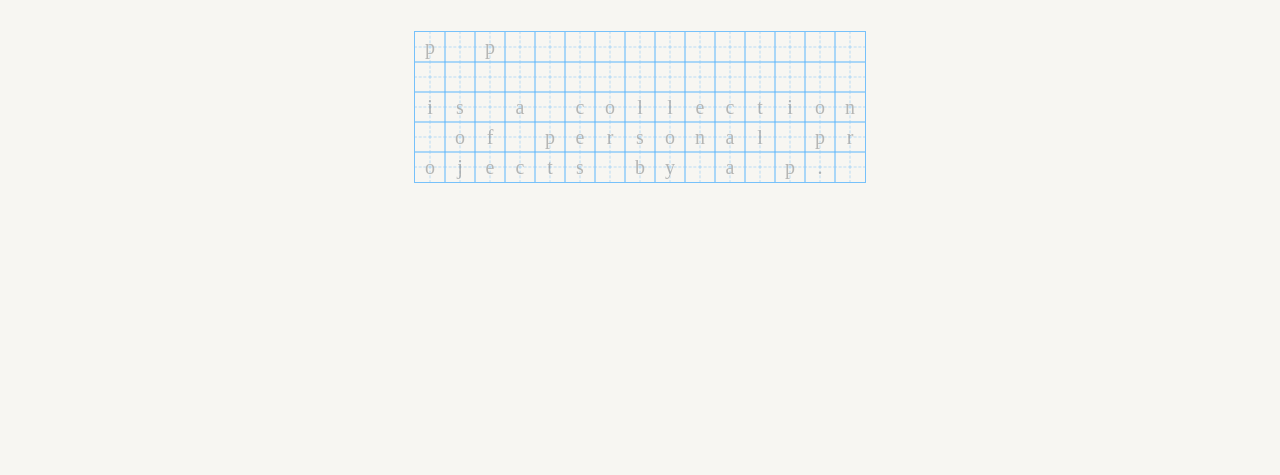
Repository: pyrcl090/p-p
Page: index.html
These files come from the project's save history. The page is drawn as it stood at one moment and after a run of saves; the edit follows.
The browser window is 1280 px wide. The pictures show the whole page.
The page's requests for data from a server got no answer. Some web fonts or font styles are not loaded; a fallback is used.

Above is the page before, as saved 2025-04-20 13:48:52.

After the next 2 saves:
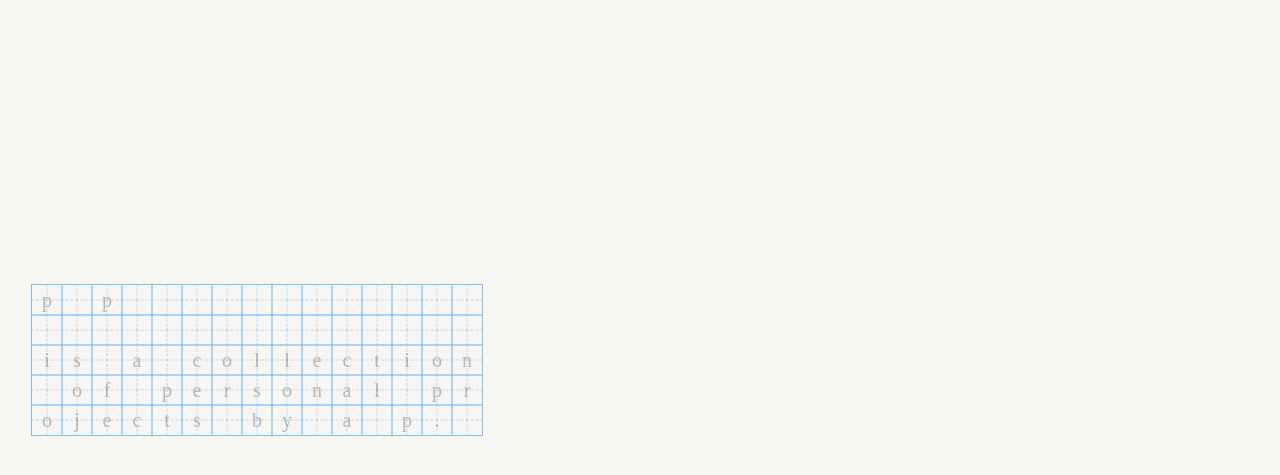
The 2 saves are shown as one change because they came seconds apart.
The last was saved 105 s later.
--- a/style.css
+++ b/style.css
@@ -20,7 +20,7 @@
   display: flex;
   justify-content: flex-start;
   align-items: center;
-  flex-direction: column;
+  flex-direction: row;
   width: 100%;
   min-height: 100vh;
   box-sizing: border-box;
@@ -28,7 +28,7 @@
 
 .grid-border {
   display: flex;
-  flex-direction: column;
+  flex-direction: row;
   align-items: center;
   gap: 2em;
 }

After the 2 saves that followed:
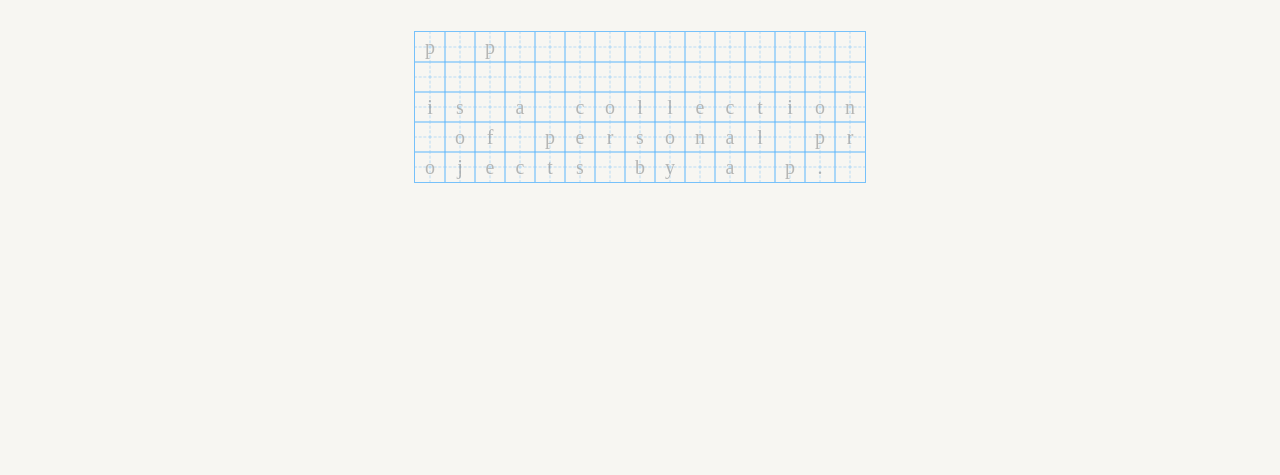
The 2 saves are shown as one change because they came seconds apart.
The last was saved 18 s later.
--- a/style.css
+++ b/style.css
@@ -20,7 +20,7 @@
   display: flex;
   justify-content: flex-start;
   align-items: center;
-  flex-direction: row;
+  flex-direction: column;
   width: 100%;
   min-height: 100vh;
   box-sizing: border-box;
@@ -28,7 +28,7 @@
 
 .grid-border {
   display: flex;
-  flex-direction: row;
+  flex-direction: column;
   align-items: center;
   gap: 2em;
 }
